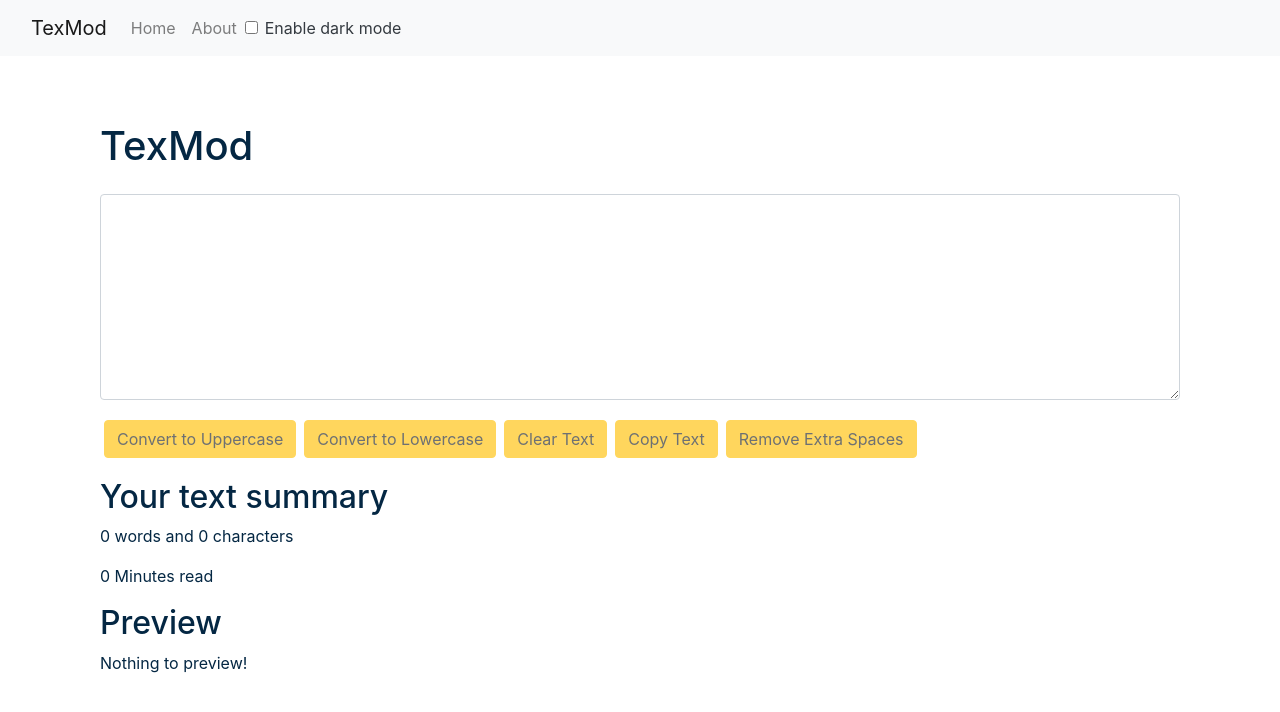
Repository: Ayush-dixit-15/TexMod
Page: /
These files come from the project's save history. The page is drawn as it stood at one moment and after the next save; the edit follows.
The browser window is 1280 px wide. The pictures show the whole page.
The project was rebuilt for these pictures with package versions that can differ from the ones it lists, and the page was loaded fresh each time. Also part of the build but not shown: src/index.css, src/App.css, src/components/About.js.

Above is the page before, as saved 2022-07-01 13:52:46.

After the next save:
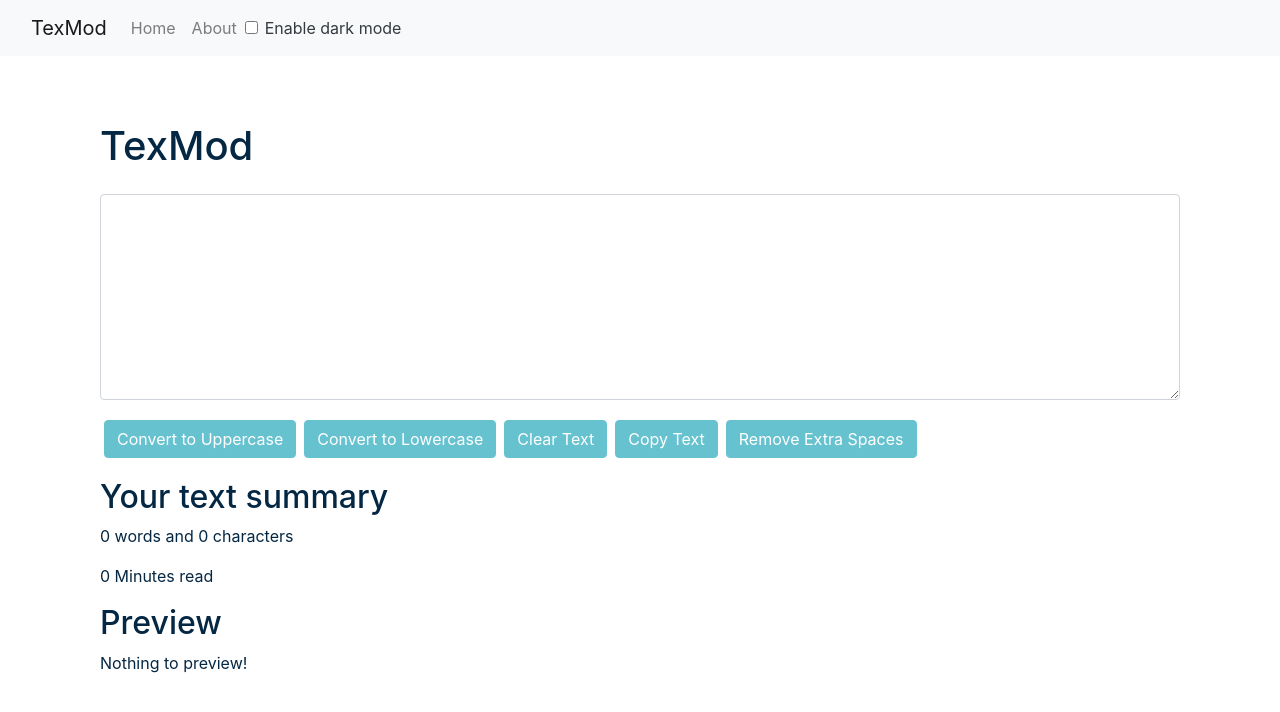
Saved 60 s later.
--- a/src/components/TextForm.js
+++ b/src/components/TextForm.js
@@ -43,11 +43,11 @@ export default function TextForm(props) {
             <div className="mb-3">
             <textarea className="form-control" value={text} onChange={handleOnChange} style={{backgroundColor: props.mode==='dark'?'#13466e':'white', color: props.mode==='dark'?'white':'#042743'}} id="myBox" rows="8"></textarea>
             </div>
-            <button disabled={text.length===0} className="btn btn-warning mx-1 my-1" onClick={handleUpClick}>Convert to Uppercase</button>
-            <button disabled={text.length===0} className="btn btn-warning mx-1 my-1" onClick={handleLoClick}>Convert to Lowercase</button>
-            <button disabled={text.length===0} className="btn btn-warning mx-1 my-1" onClick={handleClearClick}>Clear Text</button>
-            <button disabled={text.length===0} className="btn btn-warning mx-1 my-1" onClick={handleCopy}>Copy Text</button>
-            <button disabled={text.length===0} className="btn btn-warning mx-1 my-1" onClick={handleExtraSpaces}>Remove Extra Spaces</button>
+            <button disabled={text.length===0} className="btn btn-info mx-1 my-1" onClick={handleUpClick}>Convert to Uppercase</button>
+            <button disabled={text.length===0} className="btn btn-info mx-1 my-1" onClick={handleLoClick}>Convert to Lowercase</button>
+            <button disabled={text.length===0} className="btn btn-info mx-1 my-1" onClick={handleClearClick}>Clear Text</button>
+            <button disabled={text.length===0} className="btn btn-info mx-1 my-1" onClick={handleCopy}>Copy Text</button>
+            <button disabled={text.length===0} className="btn btn-info mx-1 my-1" onClick={handleExtraSpaces}>Remove Extra Spaces</button>
         </div>
         <div className="container my-3" style={{color: props.mode==='dark'?'white':'#042743'}}>
             <h2>Your text summary</h2>
